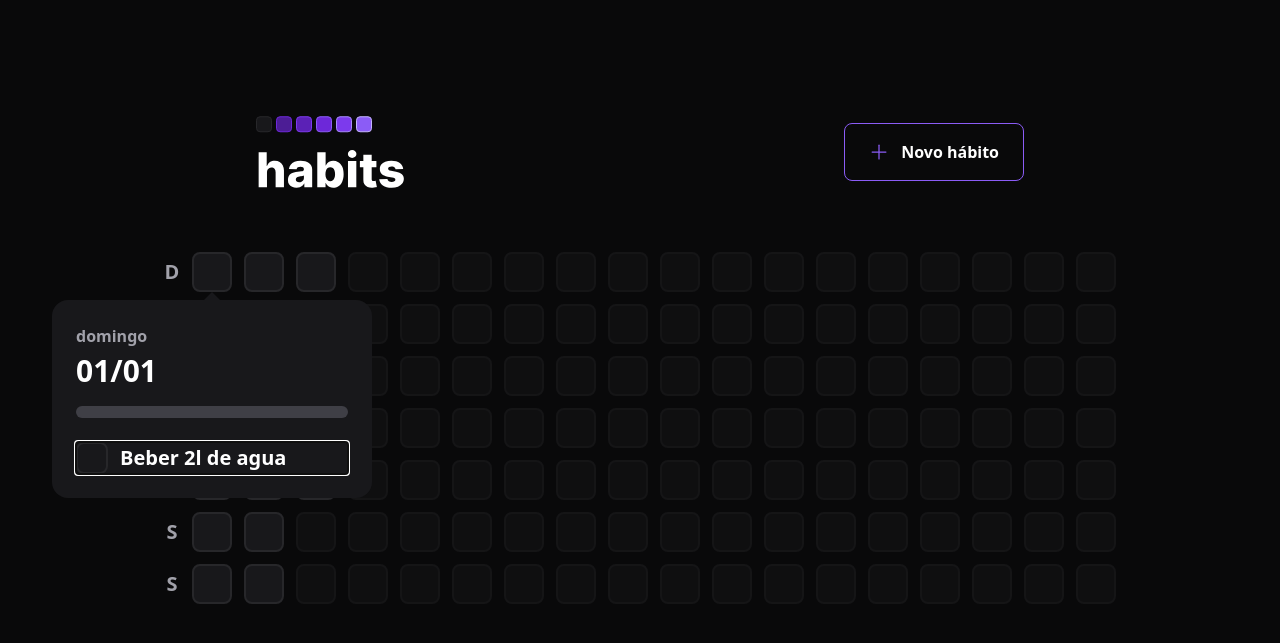
Repository: LuizAGDomingues/Habits-application
Page: /, after clicking the first element matching `button.w-10`
These files come from the project's save history. The page is drawn as it stood at one moment and after a run of saves; the edit follows.
The browser window is 1280 px wide. The pictures show the whole page.
The page's requests for data from a server got no answer. The project was rebuilt for these pictures with package versions that can differ from the ones it lists, and the page was loaded fresh each time. No one was signed in, and anything a server would have sent is missing. Also part of the build but not shown: vite.config.ts, src/components/NewHabitForm.tsx.

Above is the page before, as saved 2023-01-20 20:11:30.

### src/App.tsx
import Header from './components/Header'
import SummaryTable from './components/SummaryTable'
import './styles/global.css'
import './lib/dayjs'


function App() {
  return (
    <div className="w-screen h-screen flex items-center justify-center">
      <div className="w-full max-w-5xl px-6 flex flex-col gap-16">
        <Header />
        <SummaryTable />
      </div>
    </div>
  )
}

export default App

### src/components/Header.tsx
import { Plus, X } from 'phosphor-react'
import * as Dialog from '@radix-ui/react-dialog'
import NewHabitForm from './NewHabitForm'

import logoImage from '../assets/logo.svg'

function Header() {


  return (
    <div className='w-full max-w-3xl mx-auto flex items-center justify-between'>
      <img src={logoImage} alt="Imagem da logo do habits" />

      <Dialog.Root>
        <Dialog.Trigger
          className='border border-violet-500 font-semibold rounded-lg px-6 py-4 flex items-center gap-3 hover:border-violet-300'
          type='button'
        >
          <Plus size={20} className='text-violet-500'/>
          Novo hábito
        </Dialog.Trigger>
        <Dialog.Portal>
          <Dialog.Overlay className='w-screen h-screen bg-black/80 fixed inset-0'/>
          <Dialog.Content className='absolute p-10 bg-zinc-900 rounded-2xl w-full max-w-md top-1/2 left-1/2 -translate-x-1/2 -translate-y-1/2'>
            <Dialog.Close className='absolute right-6 top-6 text-zinc-400 hover:text-zinc-200'>
              <X size={24} aria-label='Fechar' />
            </Dialog.Close>
            <Dialog.Title className='text-3xl leading-tight font-extrabold'>
              Criar hábito
            </Dialog.Title>
            <NewHabitForm />
          </Dialog.Content>
        </Dialog.Portal>
      </Dialog.Root>

    </div>
  )
}

export default Header

### src/components/SummaryTable.tsx
import { generateDatesFromYearBeginning } from "../utils/generate-dates-from-years-beginning"
import HabitDay from "./HabitDay"
import { api } from "../lib/axios"
import { useEffect, useState } from 'react'
import dayjs from "dayjs"

const weekDays = ['D', 'S', 'T', 'Q', 'Q', 'S', 'S']

const summaryDates = generateDatesFromYearBeginning()
const minimumSummaryDatesSize = 18 * 7 // 18 weeks
const amountOfDaysToFill = minimumSummaryDatesSize - summaryDates.length

type Summary = {
  id: string;
  date: string;
  amount: number;
  completed: number;
}[]

function SummaryTable() {
  const [summary, setSummary] = useState<Summary>([])

  useEffect(() => {
    api.get('summary').then(response => {
      setSummary(response.data)
    })
  }, [])

  return (
    <div className="w-full flex">
      <div className="grid grid-rows-7 grid-flow-row gap-3">
        {weekDays.map((weekDay, i) => {
          return (
            <div key={`${weekDay}-${i}`} className="text-zinc-400 text-xl h-10 w-10 font-bold flex items-center justify-center">
              {weekDay}
            </div>
          )
        })}
      </div>

      <div className="grid grid-rows-7 grid-flow-col gap-3">
        {summaryDates.map(date => {
          const dayInSummary = summary.find(day => {
            return dayjs(date).isSame(day.date, 'day')
          })

          return (
            <HabitDay
              key={date.toString()}
              date={date}
              amount={dayInSummary?.amount}
              completed={dayInSummary?.completed}
            />
          )
        })}

        {amountOfDaysToFill > 0 && Array.from({ length: amountOfDaysToFill }).map((_, i) => {
          return (
            <div key={i} className="w-10 h-10 bg-zinc-900 border-2 border-zinc-800 rounded-lg opacity-40 cursor-not-allowed"/>
          )
        })}
      </div>
    </div>
  )
}

export default SummaryTable

### src/utils/generate-dates-from-years-beginning.ts
import dayjs from "dayjs";

export function generateDatesFromYearBeginning() {
  const firstDayOfTheYear = dayjs().startOf('year')
  const today = new Date()

  const dates = []
  let compareDate = firstDayOfTheYear

  while (compareDate.isBefore(today)) {
    dates.push(compareDate.toDate())
    compareDate = compareDate.add(1, 'day')
  }

  return dates
}

### src/components/HabitDay.tsx
import * as Popover from '@radix-ui/react-popover'
import ProgressBar from './ProgressBar'
import clsx from 'clsx'

import dayjs from 'dayjs'
import HabitsList from './HabitsList'

interface HabitDayProps {
  date: Date
  completed?: number
  amount?: number
}

function HabitDay({ completed = 0, amount = 0 , date}: HabitDayProps) {
  const completedPercentage = amount > 0 ? Math.round((completed / amount) * 100) : 0

  const dayAndMonth = dayjs(date).format('DD/MM')
  const dayOfWeek = dayjs(date).format('dddd')

  return (
    <Popover.Root>
      <Popover.Trigger
        className={clsx('w-10 h-10 border-2 rounded-lg', {
          'bg-zinc-900 border-zinc-800': completedPercentage === 0,
          'bg-violet-900 border-violet-700': completedPercentage > 0 && completedPercentage < 20,
          'bg-violet-800 border-violet-600': completedPercentage >= 20 && completedPercentage <= 40,
          'bg-violet-700 border-violet-500': completedPercentage >= 40 && completedPercentage <= 60,
          'bg-violet-600 border-violet-500': completedPercentage >= 60 && completedPercentage <= 80,
          'bg-violet-500 border-violet-400': completedPercentage >= 80,

        })}
      />
      <Popover.Portal>
        <Popover.Content className='min-w-[320px] p-6 rounded-2xl bg-zinc-900 flex flex-col'>
          <span className='font-semibold text-zinc-400'>{dayOfWeek}</span>
          <span className='mt-1 font-extrabold leading-tight text-3xl'>{dayAndMonth}</span>
          <ProgressBar progress={completedPercentage} />
          <HabitsList date={date}/>
          <Popover.Arrow height={8} width={16} className='fill-zinc-900' />
        </Popover.Content>
      </Popover.Portal>
    </Popover.Root>
  )
}

export default HabitDay

### src/components/ProgressBar.tsx

interface ProgressBarProps {
  progress: number
}

function ProgressBar(props: ProgressBarProps) {
  return (
    <div className='h-3 rounded-xl bg-zinc-700 w-full mt-4'>
      <div
        role='progressbar'
        aria-label='Progresso de hábitos completados nesse dia'
        aria-valuenow={props.progress}
        className='h-3 rounded-xl bg-violet-600'
        style={{ width: `${props.progress}%` }}
      />
    </div>
  )
}

export default ProgressBar

### src/components/HabitsList.tsx
import * as Checkbox from '@radix-ui/react-checkbox'
import { Check } from 'phosphor-react'
import { useEffect, useState } from 'react'
import { api } from '../lib/axios'

interface HabitsListProps {
  date: Date
}

interface HabitsInfo {
  possibleHabits: {
    id: string;
    title: string;
    created_at: string;
  }[],
  completedHabits: string[]
}

function HabitsList({ date }: HabitsListProps) {
  const [habitsInfo, setHabitsInfo] = useState<HabitsInfo>()

  useEffect(() => {
    api.get('day', {
      params: {
        date: date.toISOString(),
      }
    }).then(response => {
      setHabitsInfo(response.data)
    })
  }, [])

  return (
    <div className='mt-6 flex flex-col gap-3'>
      {habitsInfo?.possibleHabits.map(habit => {

      })}

      <Checkbox.Root
        className='flex items-center gap-3 group'
      >
        <div className='h-8 w-8 rounded-lg flex items-center justify-center bg-zinc-900 border-2 border-zinc-800 group-data-[state=checked]:bg-green-500 group-data-[state=checked]:border-green-500'>
          <Checkbox.Indicator>
            <Check size={20} className='text-white'/>
          </Checkbox.Indicator>
        </div>
        <span className='font-semibold text-xl text-white leading-tight group-data-[state=checked]:line-through group-data-[state=checked]:text-zinc-400'>
          Beber 2l de agua
        </span>
      </Checkbox.Root>
    </div>
  )
}

export default HabitsList

### tailwind.config.cjs
/** @type {import('tailwindcss').Config} */
module.exports = {
  content: [
    "./src/**/*.tsx",
    "./index.html"
  ],
  theme: {
    extend: {
      colors: {
        background: '#09090A'
      },
      gridTemplateRows: {
        7: 'repeat(7, minmax(0, 1fr))'
      }
    },
  },
  plugins: [],
}

Loaded but not shown: index.html (common file); src/main.tsx (common file); src/styles/global.css (common file); src/lib/dayjs.ts (common file); src/lib/axios.ts (common file)

After the next 2 saves:
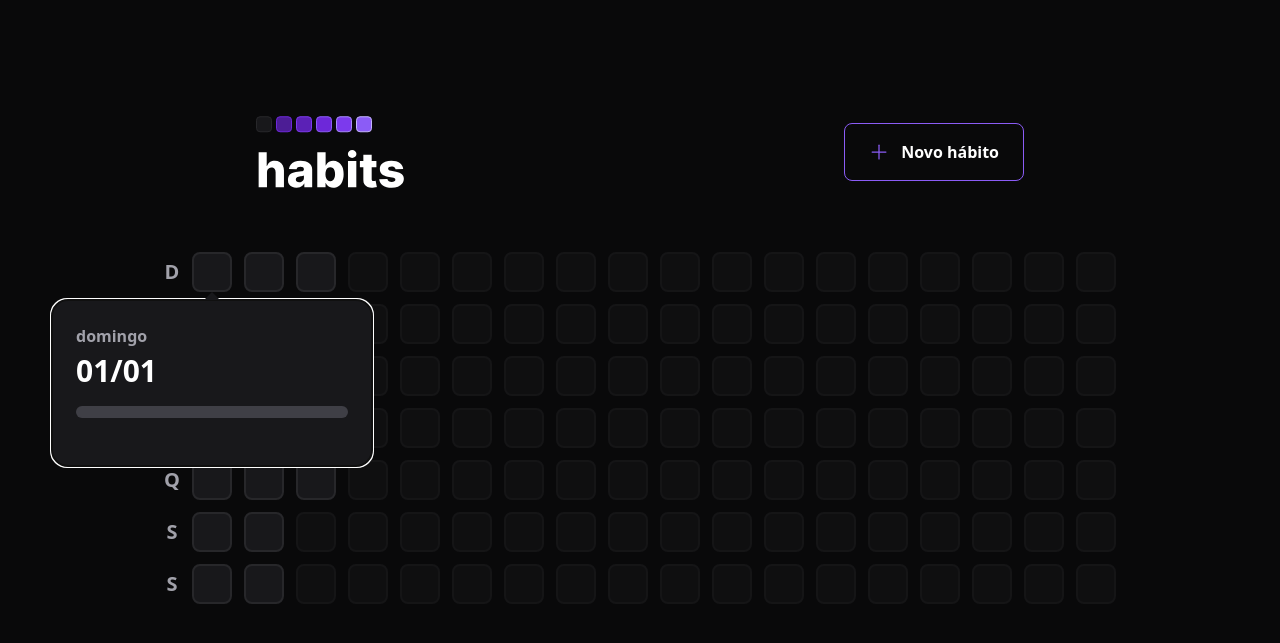
The 2 saves are shown as one change because they came seconds apart.
The last was saved 17 s later.
--- a/src/components/HabitsList.tsx
+++ b/src/components/HabitsList.tsx
@@ -32,21 +32,20 @@ function HabitsList({ date }: HabitsListProps) {
   return (
     <div className='mt-6 flex flex-col gap-3'>
       {habitsInfo?.possibleHabits.map(habit => {
-
+        <Checkbox.Root
+          className='flex items-center gap-3 group'
+        >
+          <div className='h-8 w-8 rounded-lg flex items-center justify-center bg-zinc-900 border-2 border-zinc-800 group-data-[state=checked]:bg-green-500 group-data-[state=checked]:border-green-500'>
+            <Checkbox.Indicator>
+              <Check size={20} className='text-white'/>
+            </Checkbox.Indicator>
+          </div>
+          <span className='font-semibold text-xl text-white leading-tight group-data-[state=checked]:line-through group-data-[state=checked]:text-zinc-400'>
+            Beber 2l de agua
+          </span>
+        </Checkbox.Root>
       })}
 
-      <Checkbox.Root
-        className='flex items-center gap-3 group'
-      >
-        <div className='h-8 w-8 rounded-lg flex items-center justify-center bg-zinc-900 border-2 border-zinc-800 group-data-[state=checked]:bg-green-500 group-data-[state=checked]:border-green-500'>
-          <Checkbox.Indicator>
-            <Check size={20} className='text-white'/>
-          </Checkbox.Indicator>
-        </div>
-        <span className='font-semibold text-xl text-white leading-tight group-data-[state=checked]:line-through group-data-[state=checked]:text-zinc-400'>
-          Beber 2l de agua
-        </span>
-      </Checkbox.Root>
     </div>
   )
 }
